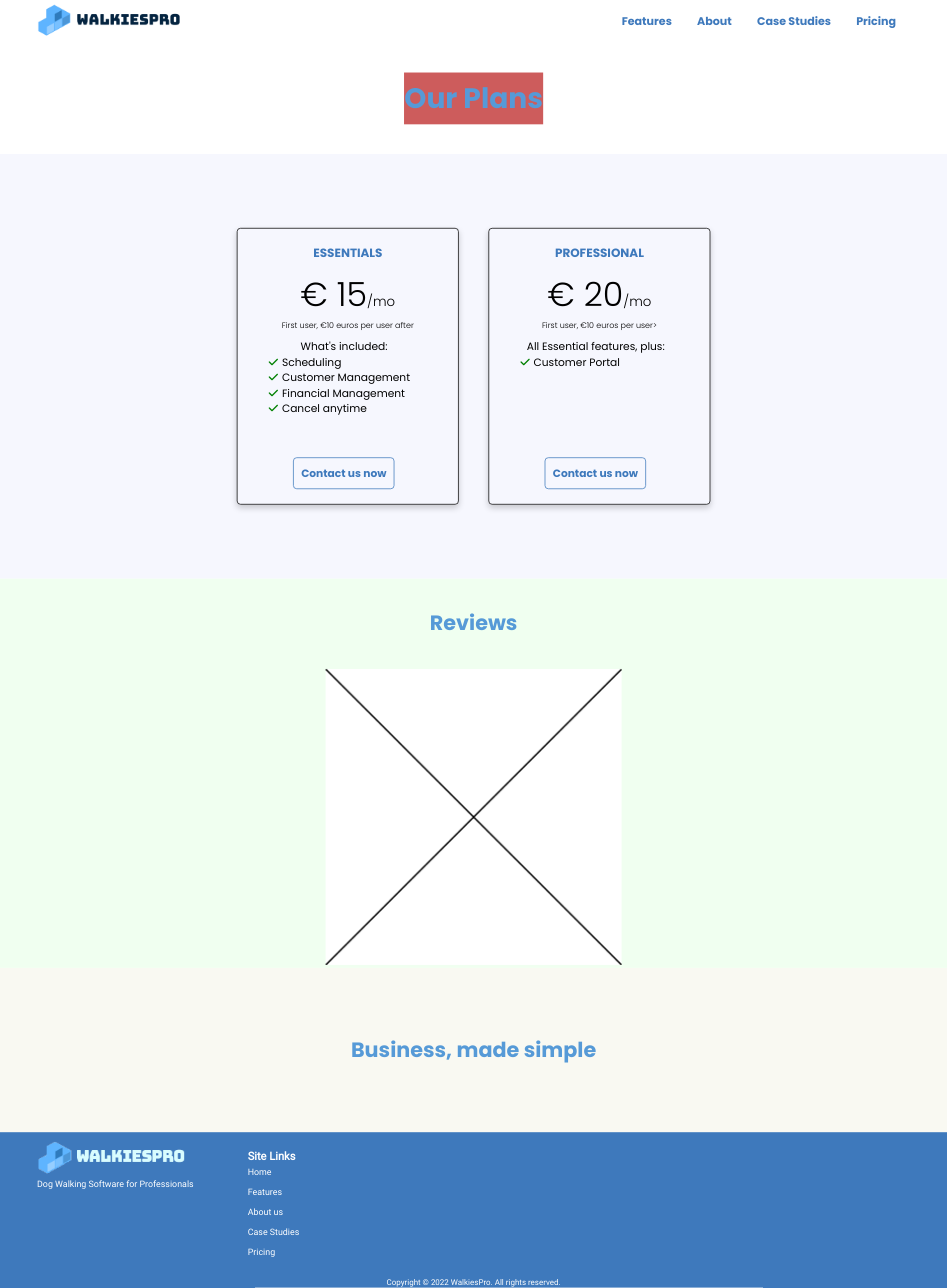
Repository: StevieC87/LAYOUT4
Page: pricing.html
These files come from the project's save history. The page is drawn as it stood at one moment and after the next save; the edit follows.
The browser window is 1280 px wide. The pictures show the whole page, at 74% of full size.

Above is the page before, as saved 2022-01-05 22:06:59.

After the next save:
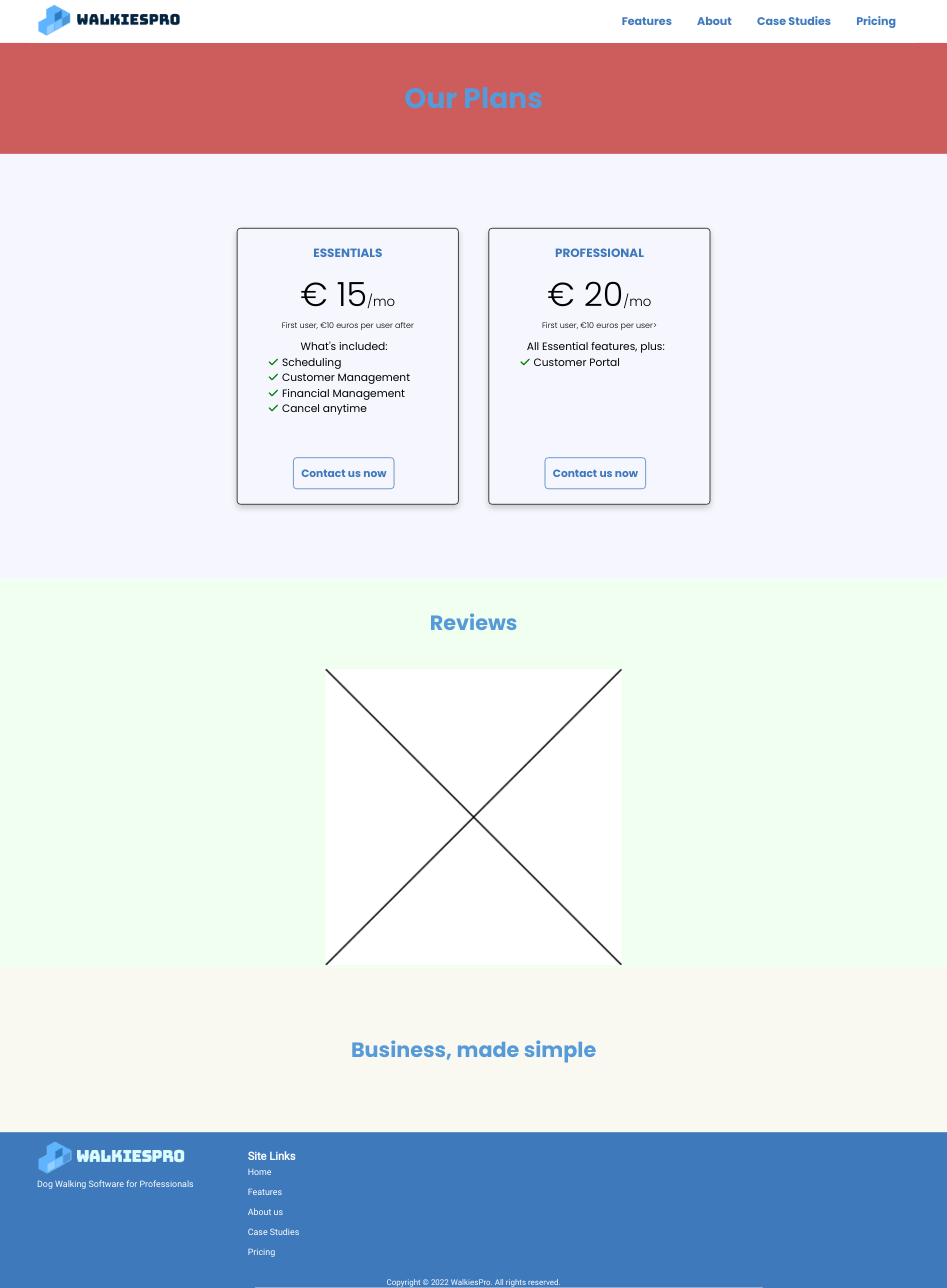
Saved 11 s later.
--- a/css/pricing.css
+++ b/css/pricing.css
@@ -1,4 +1,4 @@
-.headertitle {
+.headerwrapper {
   background-color: indianred;
 }
 
